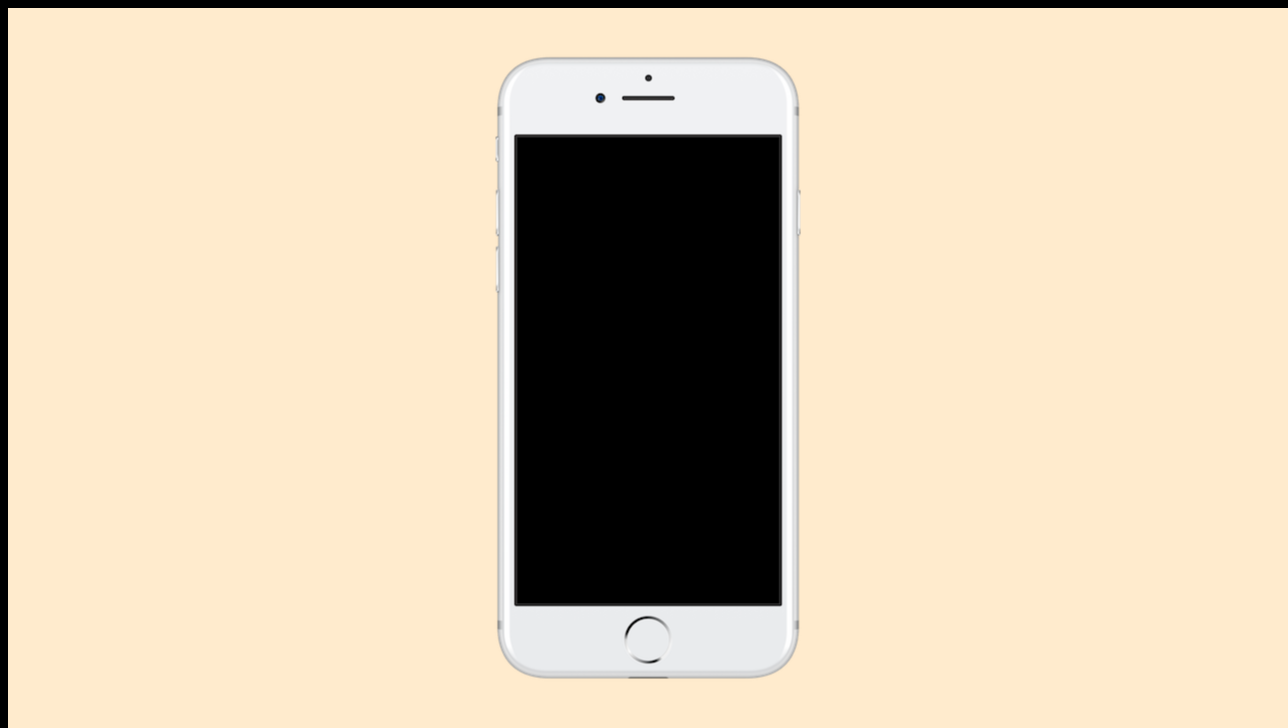
Repository: DorivalJunior14/Projeto-social
Page: index.html
These files come from the project's save history. The page is drawn as it stood at one moment and after a run of saves; the edit follows.
The browser window is 1280 px wide. The page is 1288 px wide, then 1280 px, so the pictures cover 1288 px, including what lies to the right of the window. The pictures show the whole page.

Above is the page before, as saved 2022-06-24 12:42:27.

After the next 3 saves:
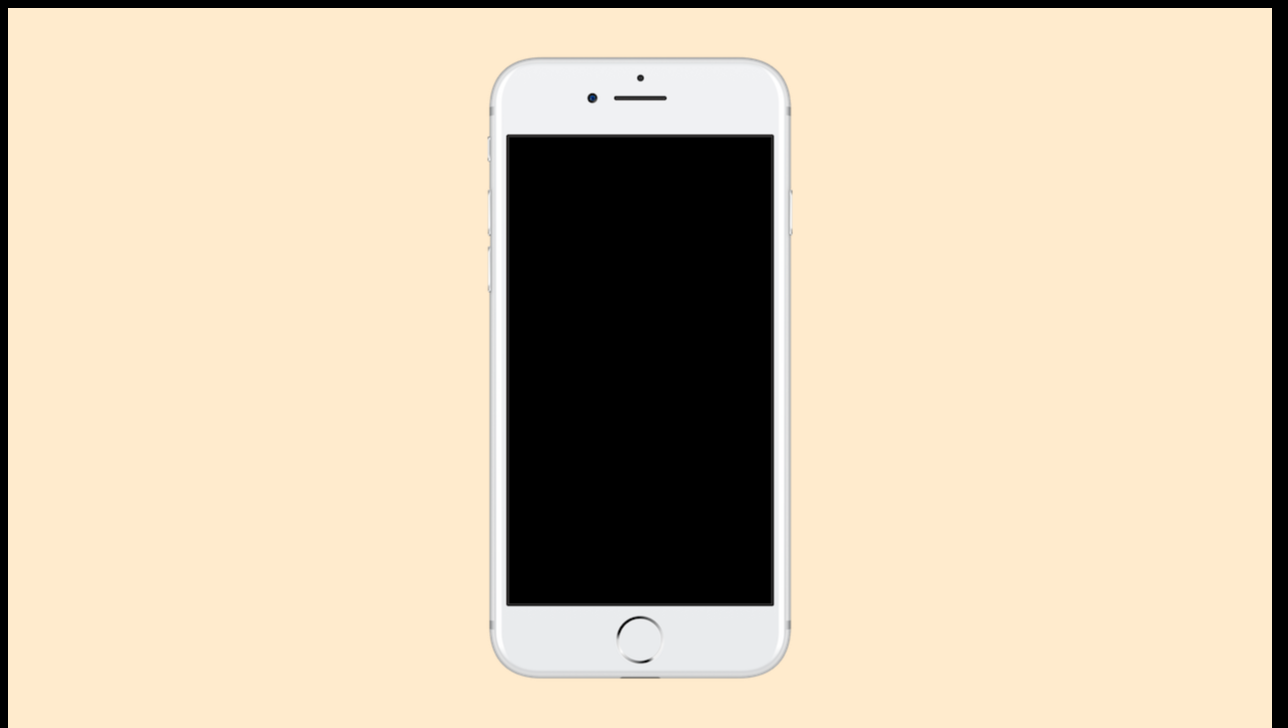
The 3 saves are shown as one change because they came seconds apart.
The last was saved 81 min 32 s later.
--- a/estilos/style.css
+++ b/estilos/style.css
@@ -7,8 +7,9 @@
 }
 
 html, body {
-    height: 100vh;
-    width: 100vw;
+    height: 80vh;
+    width: 10
+    0vw;
     background-color: black;
 
 }
